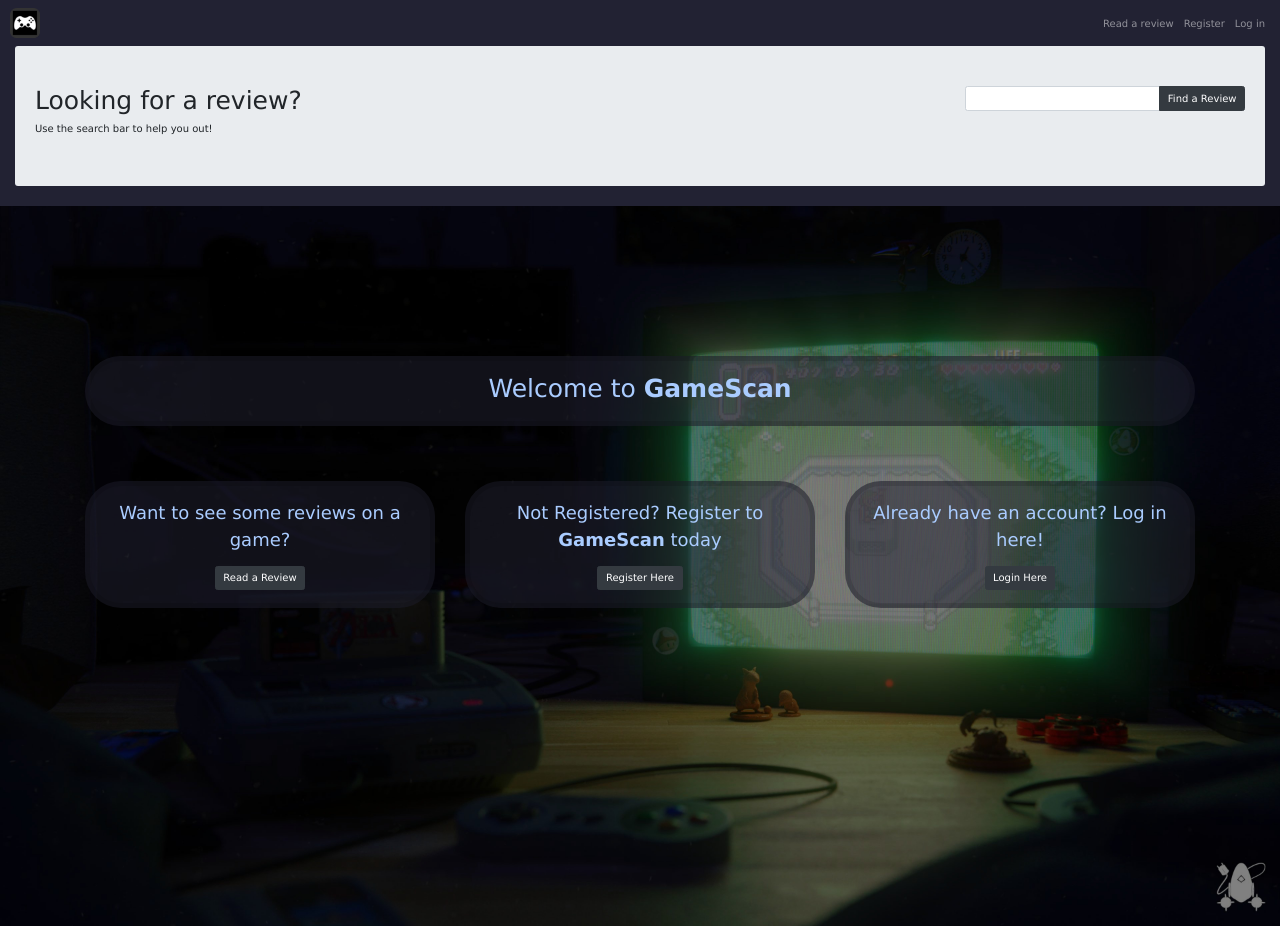
Repository: amit238/milestone-project-3
Page: http://localhost/
The author's editor kept a record of every edit. The page is drawn from the files as they stood at one moment, then again after the next edit.
The browser window is 1280 px wide. The pictures show the whole page.
Some web libraries are served in a nearby version. The page is served by the project's application, run on Flask 3 (app.py).

Above is the page before.

After the next edit:
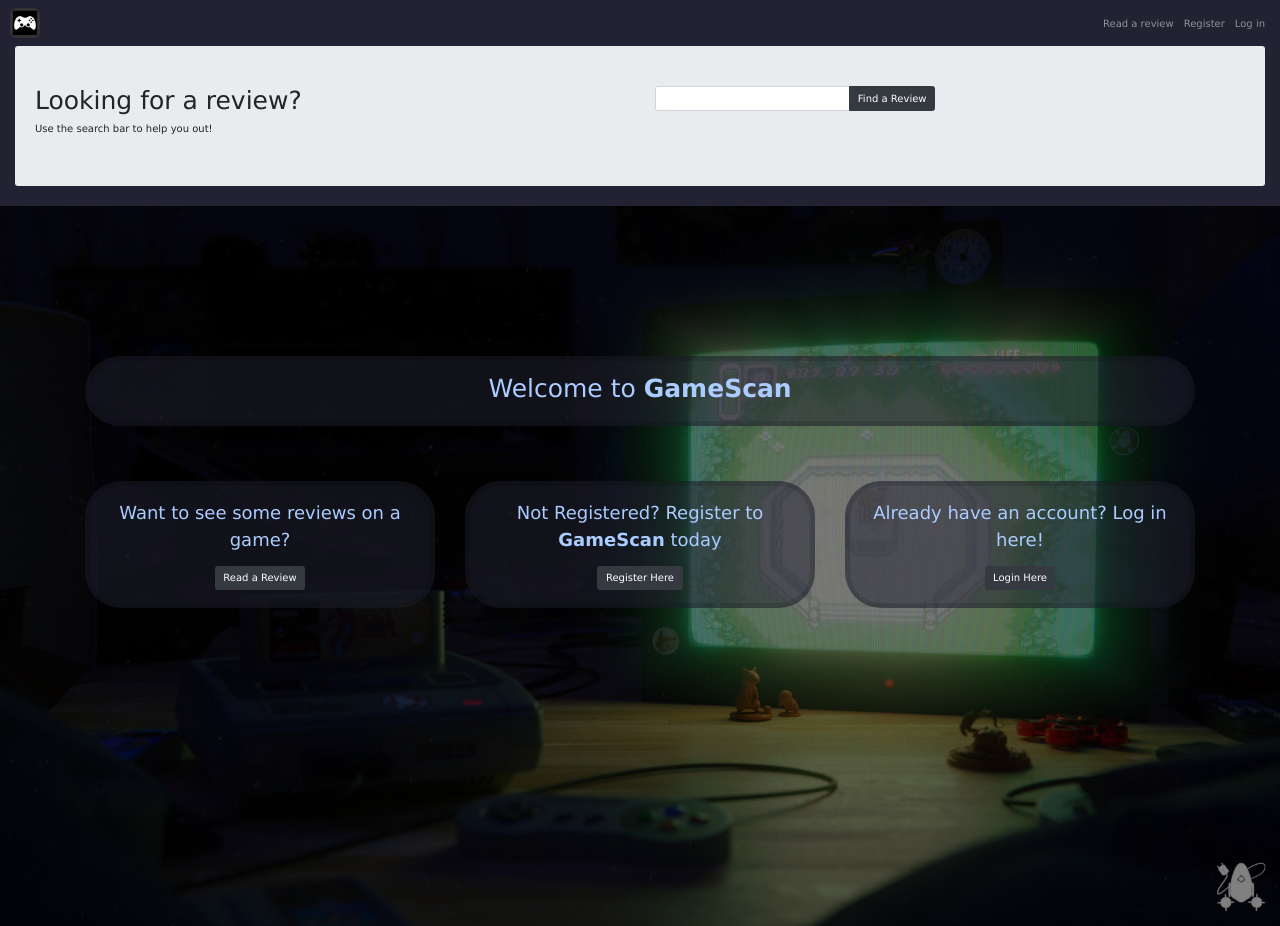
The edit:
--- a/templates/base.html
+++ b/templates/base.html
@@ -41,7 +41,7 @@
     <div class="container-fluid">
       <div class="jumbotron">
         <div class="row">
-          <div class="col-lg-9">
+          <div class="col-lg-6">
             <h1>Looking for a review?</h1>
             <p>Use the search bar to help you out!</p>
           </div>
